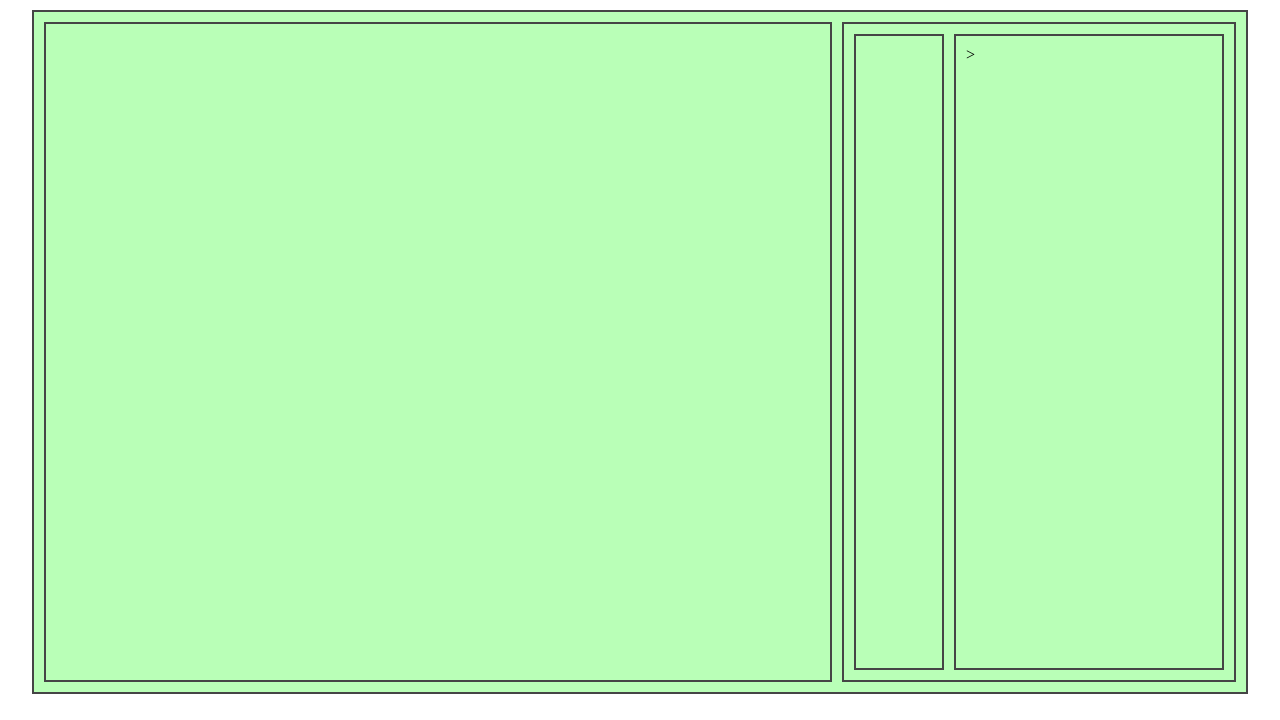
Repository: tannerbroberts/tannerbroberts.github.io
Page: /
An editor plug-in stored every save of this project. The page is shown before and after a run of saves, followed by the edit.
The browser window is 1280 px wide. The pictures show the whole page.
The project was rebuilt for these pictures with package versions that can differ from the ones it lists, and the page was loaded fresh each time. Also part of the build but not shown: vite.config.ts.

Above is the page before, as saved 2022-10-04 09:51:27.

After the next 2 saves:
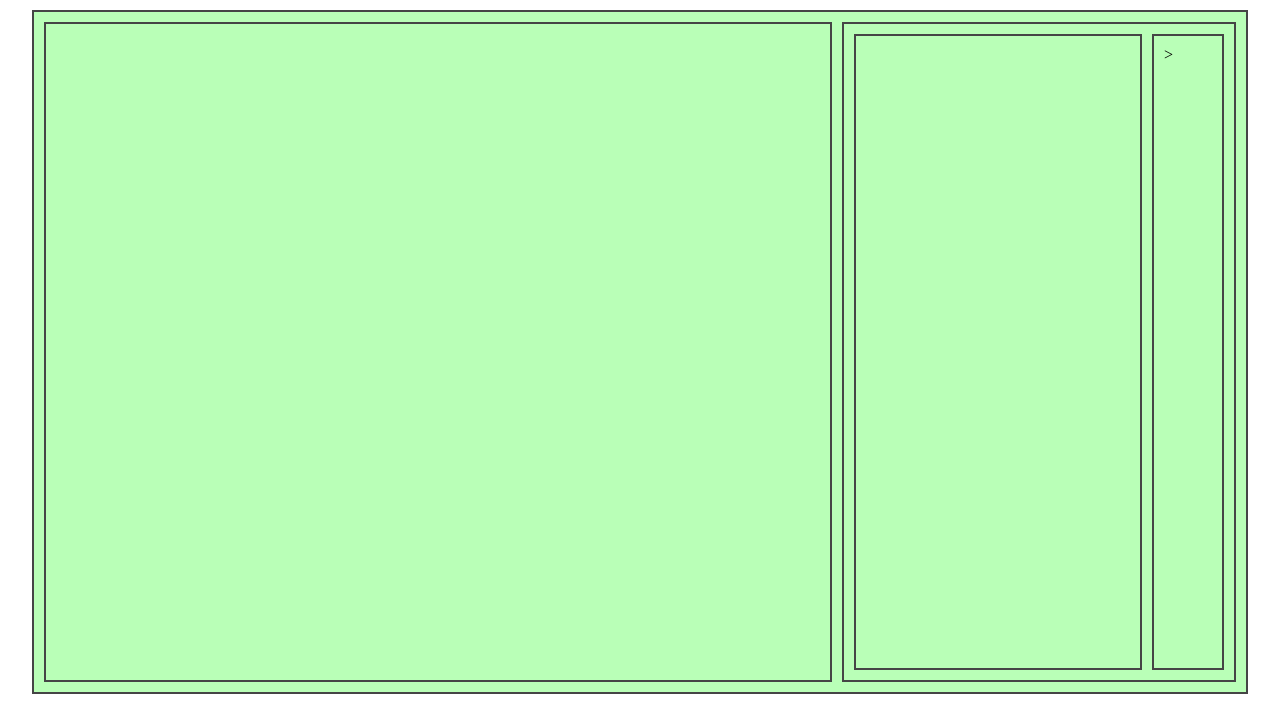
The 2 saves are shown as one change because they came seconds apart.
The last was saved 51 s later.
--- a/src/components/Shelf/Shelf.js
+++ b/src/components/Shelf/Shelf.js
@@ -12,7 +12,7 @@ const shelfContentCSS = (openStatus) => {
 
 const shelfCSS = {
 	...cssHelper,
-	gridTemplate: "1fr / 1fr 3fr",
+	gridTemplate: "1fr / 4fr 1fr",
 }
 
 export default function Shelf() {
